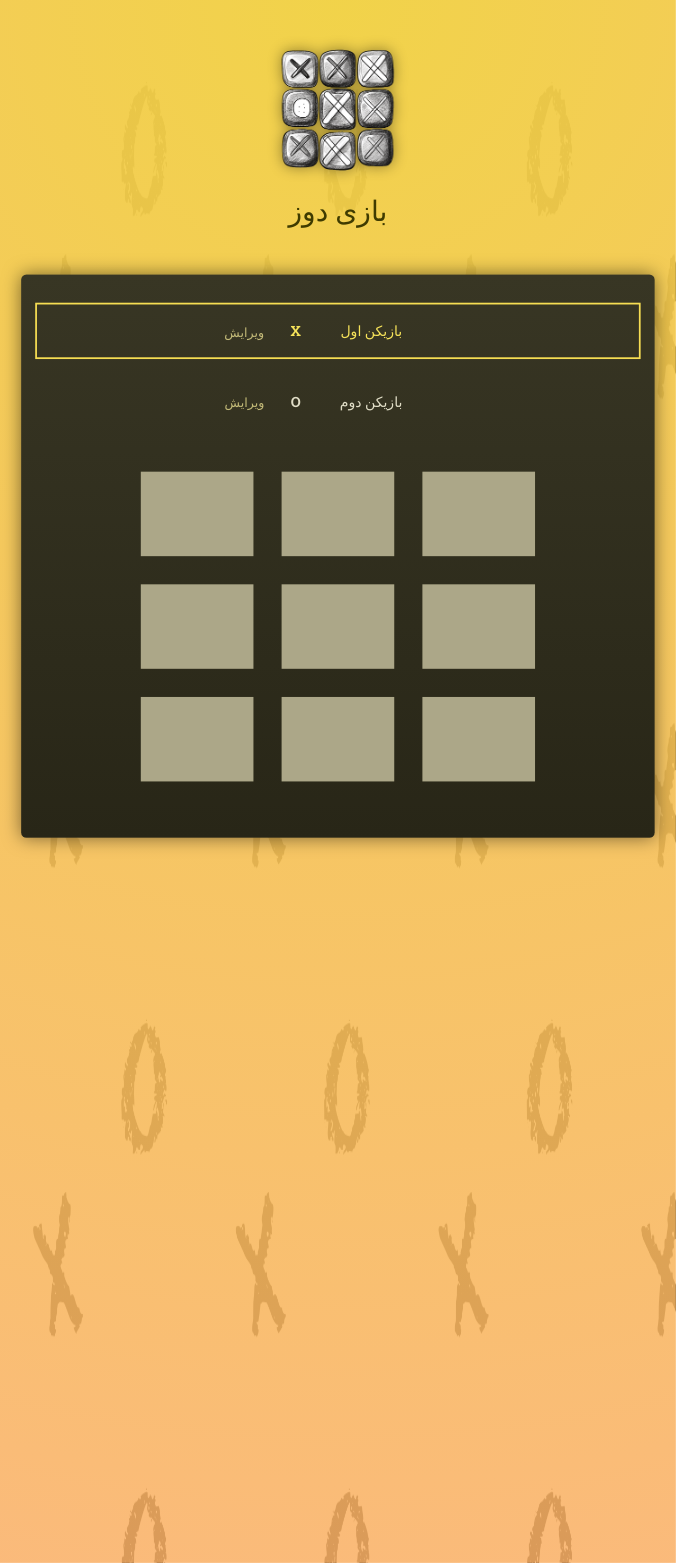
Repository: H-ala/react-tic-toc-toe
Page: /
These files come from the project's save history. The page is drawn as it stood at one moment and after the next save; the edit follows.
The browser window is 768 px wide. The pictures show the whole page, at 88% of full size.
Some web fonts or font styles are not loaded; a fallback is used. The project was rebuilt for these pictures with package versions that can differ from the ones it lists, and the page was loaded fresh each time. Also part of the build but not shown: vite.config.js, src/components/GameOver.jsx.

Above is the page before, as saved 2025-10-21 18:20:54.

After the next save:
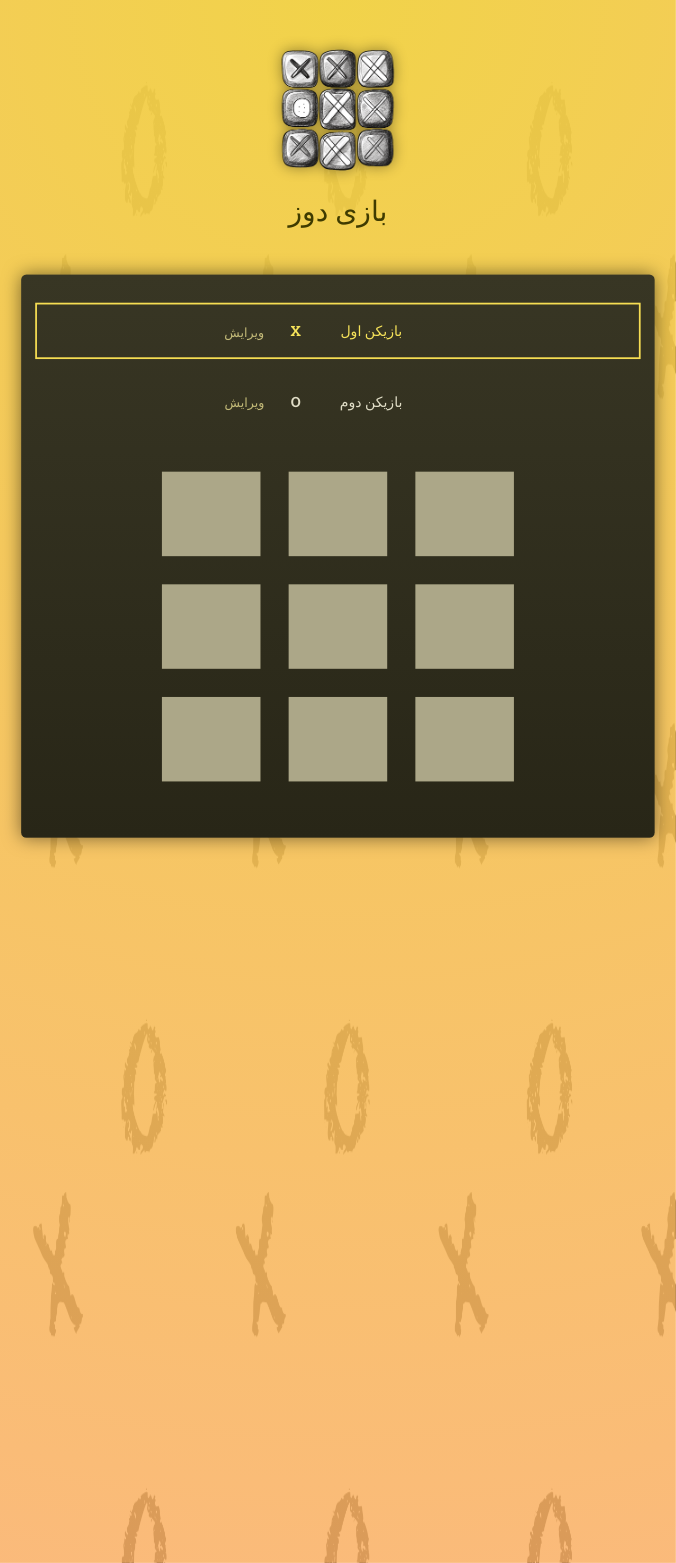
Saved 4 s later.
--- a/src/index.css
+++ b/src/index.css
@@ -373,7 +373,7 @@ ol {
   }
 
   #game-board button {
-    width: 8rem;
+    width: 7rem;
     height: 6rem;
     font-size: 2.5rem;
   }
